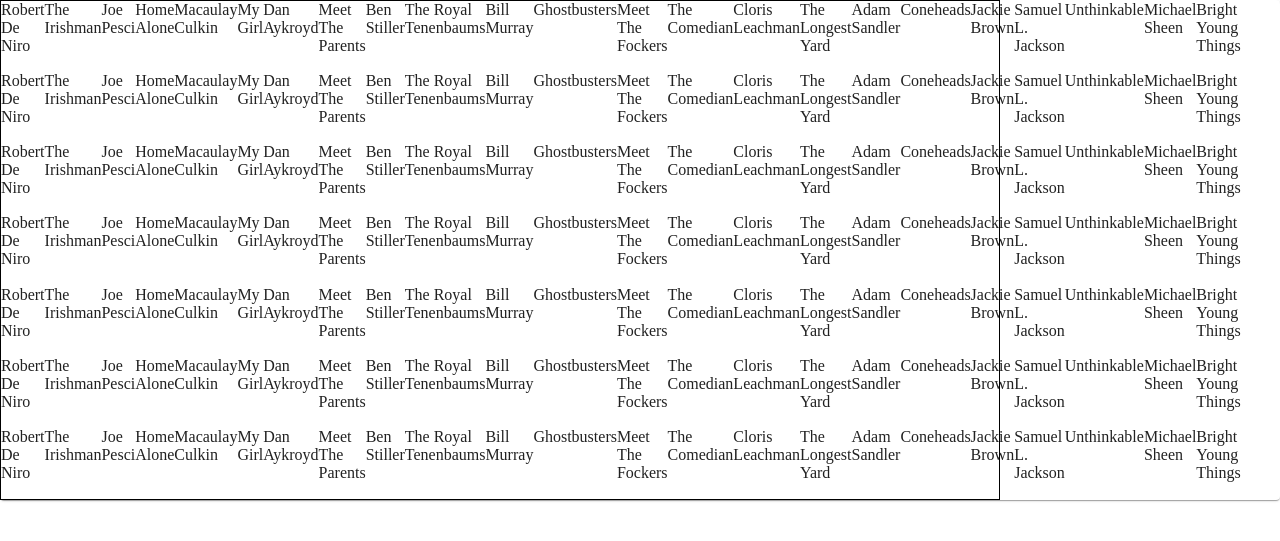
Repository: crittelmeyer/bacon
Page: /
These files come from the project's save history. The page is drawn as it stood at one moment and after the next save; the edit follows.
The browser window is 1280 px wide. The pictures show the whole page.
The project was rebuilt for these pictures with package versions that can differ from the ones it lists, and the page was loaded fresh each time. Requests to the local data server were answered from the project's data file. Also part of the build but not shown: src/components/Section.jsx, src/components/Grid.jsx, src/components/Row.jsx, src/utils/getColWidth.js, src/components/Col.jsx, src/components/Headings.jsx, src/containers/RepositoryList.jsx, src/containers/RepositorySection.jsx and 1 more.

Above is the page before, as saved 2019-12-02 15:39:08.

After the next save:
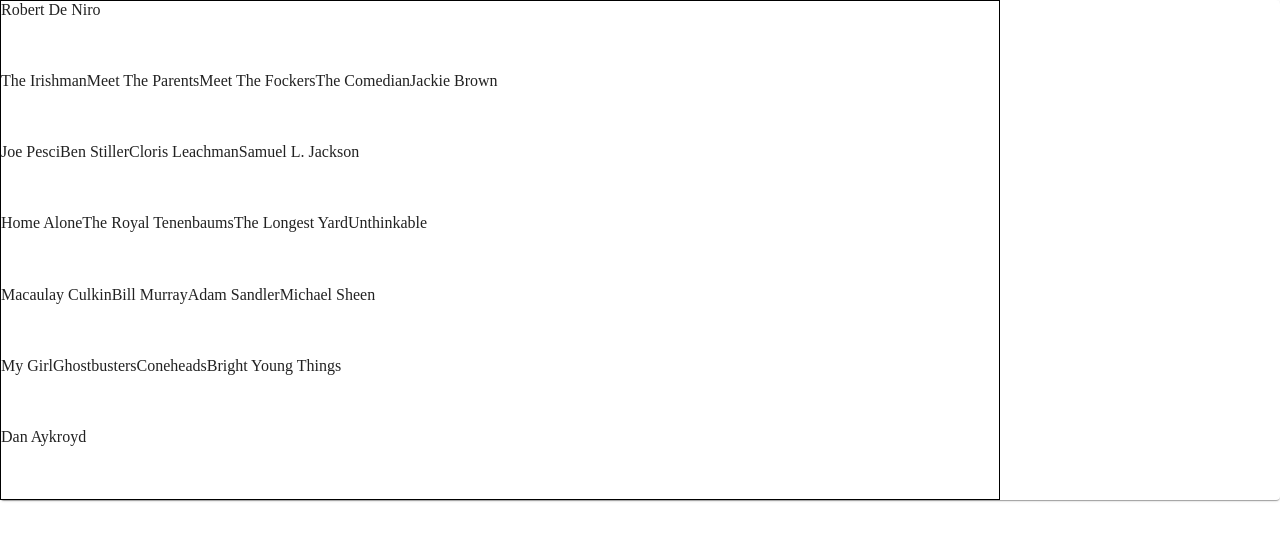
Saved 83 s later.
--- a/src/components/BaconGraph/BaconGraph.jsx
+++ b/src/components/BaconGraph/BaconGraph.jsx
@@ -2,6 +2,7 @@
 import PropTypes from 'prop-types';
 import injectSheet from 'react-jss';
 import forEach from 'lodash/fp/forEach';
+import isNil from 'lodash/fp/isNil';
 import map from 'lodash/fp/map';
 
 const GRAPH_HEIGHT = 500;
@@ -24,12 +25,14 @@
 
 const BaconGraph = ({ classes, levelCount, links, nodes }) => {
   const nodesGrouped = new Array(levelCount);
-  nodesGrouped.fill([]);
 
   forEach(
     node => {
       console.log('adding', node, 'to nodesGrouped at index', node.level);
-      nodesGrouped[0].push(node);
+      if (isNil(nodesGrouped[node.level])) {
+        nodesGrouped[node.level] = [];
+      }
+      nodesGrouped[node.level].push(node);
       console.log('now', nodesGrouped);
     },
     nodes
